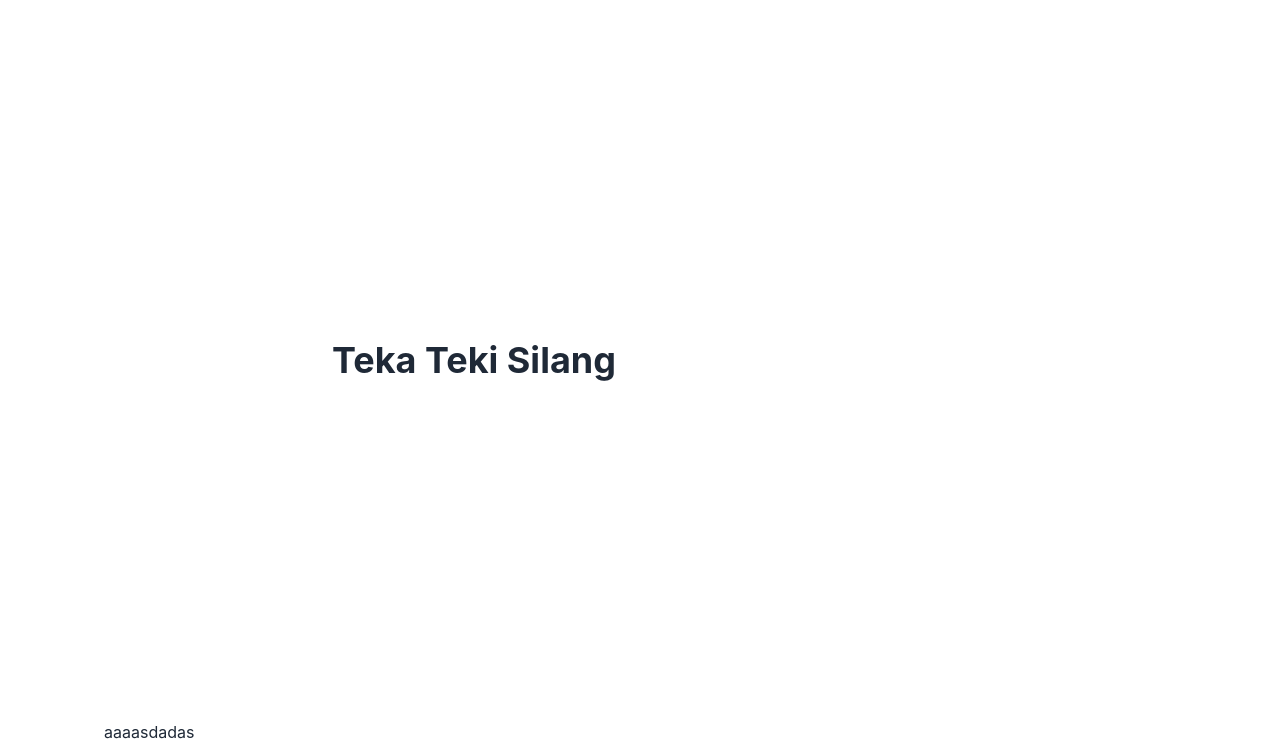
Repository: farrelmuhammad/tts-clue
Page: /
An editor plug-in stored every save of this project. The page is shown before and after the next save, followed by the edit.
The browser window is 1280 px wide. The pictures show the whole page.
The project was rebuilt for these pictures with package versions that can differ from the ones it lists, and the page was loaded fresh each time. Also part of the build but not shown: src/App.css.

Above is the page before, as saved 2023-02-02 17:57:58.

After the next save:
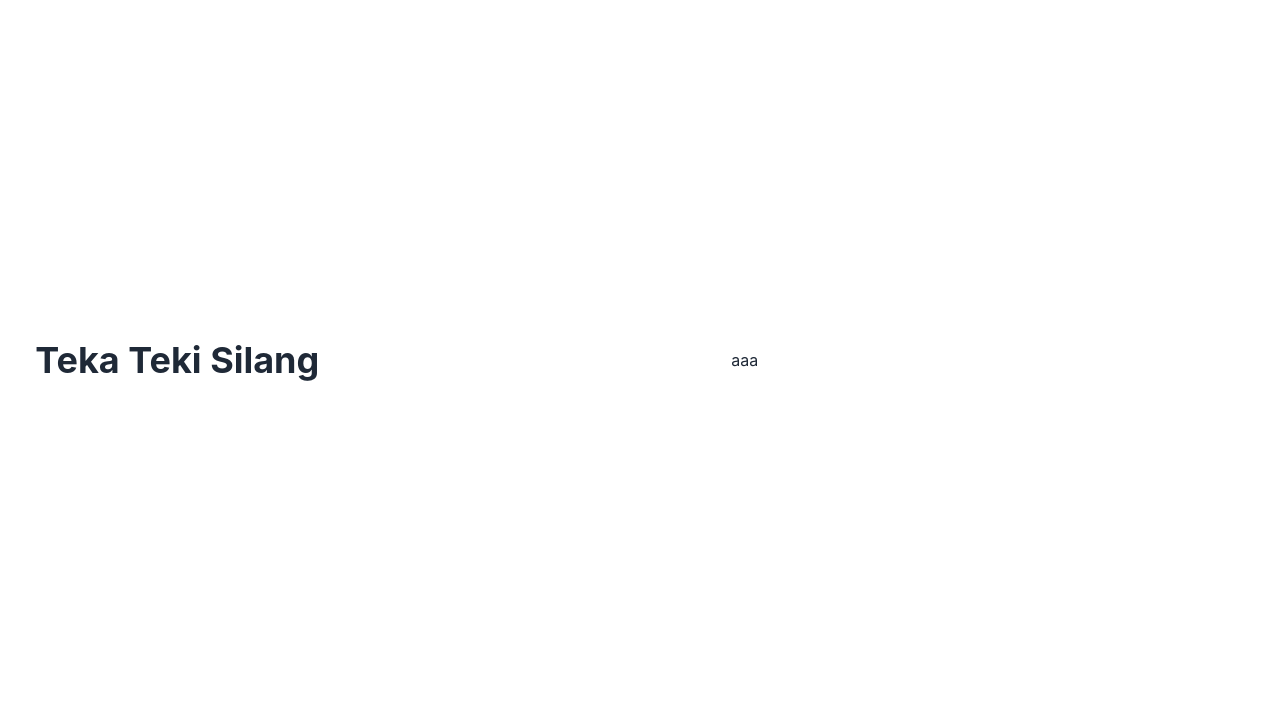
Saved 23 s later.
--- a/src/App.js
+++ b/src/App.js
@@ -7,13 +7,11 @@ function App() {
         <div class="px-6 h-full text-gray-800">
           <div class="flex xl:justify-center lg:justify-between justify-center items-center flex-wrap h-full g-6">
             <div class="grow-0 shrink-1 md:shrink-0 basis-auto xl:w-6/12 lg:w-6/12 md:w-9/12 mb-12 md:mb-0">
-              <h1 class="text-4xl font-bold text-gray-800">
-                Teka Teki Silang
-              </h1>
+              <h1 class="text-4xl font-bold text-gray-800">Teka Teki Silang</h1>
             </div>
-          </div>
-          <div class="xl:ml-20 xl:w-5/12 lg:w-5/12 md:w-8/12 mb-12 md:mb-0">
-            aaaasdadas
+            <div class="xl:ml-20 xl:w-5/12 lg:w-5/12 md:w-8/12 mb-12 md:mb-0">
+              aaa
+            </div>
           </div>
         </div>
       </section>
